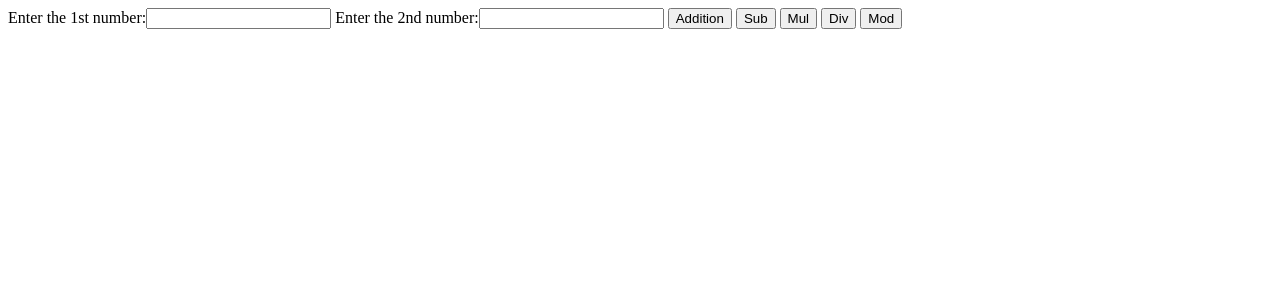
Repository: Tarun-raj1999/MyProjects
Page: Projects/AJproject2/src/main/webapp/index.html
The author's editor kept a copy of each file at every save. The page is drawn from the files as they stood at one save, then again after the next save.
The browser window is 1280 px wide. The pictures show the whole page.

Above is the page before, as saved 2024-07-11 09:48:51.

### Projects/AJproject2/src/main/webapp/index.html
<!DOCTYPE html>
<html>
<head>
<meta charset="UTF-8">
<title>Insert title here</title>
</head>
<body>
<form action="add" method="get">
Enter the 1st number:<input type="text" name="num1"/>
Enter the 2nd number:<input type="text" name="num2"/>

<button type="submit" name="Add">Addition</button>
<button type="submit" name="Sub">Sub</button>
<button type="submit" name="Mul">Mul</button>
<button type="submit"  name="div">Div</button>
<button type="submit" name="Mod">Mod</button>

</form>

</body>
</html>

After the next save:
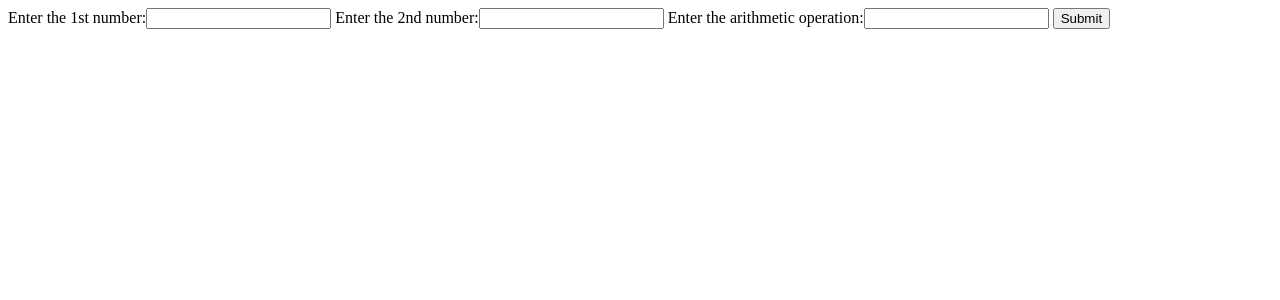
Saved 65 s later.
--- a/Projects/AJproject2/src/main/webapp/index.html
+++ b/Projects/AJproject2/src/main/webapp/index.html
@@ -9,11 +9,8 @@
 Enter the 1st number:<input type="text" name="num1"/>
 Enter the 2nd number:<input type="text" name="num2"/>
 
-<button type="submit" name="Add">Addition</button>
-<button type="submit" name="Sub">Sub</button>
-<button type="submit" name="Mul">Mul</button>
-<button type="submit"  name="div">Div</button>
-<button type="submit" name="Mod">Mod</button>
+Enter the arithmetic operation:<input type="text" name="add"/>
+<input type="submit"/>
 
 </form>
 
